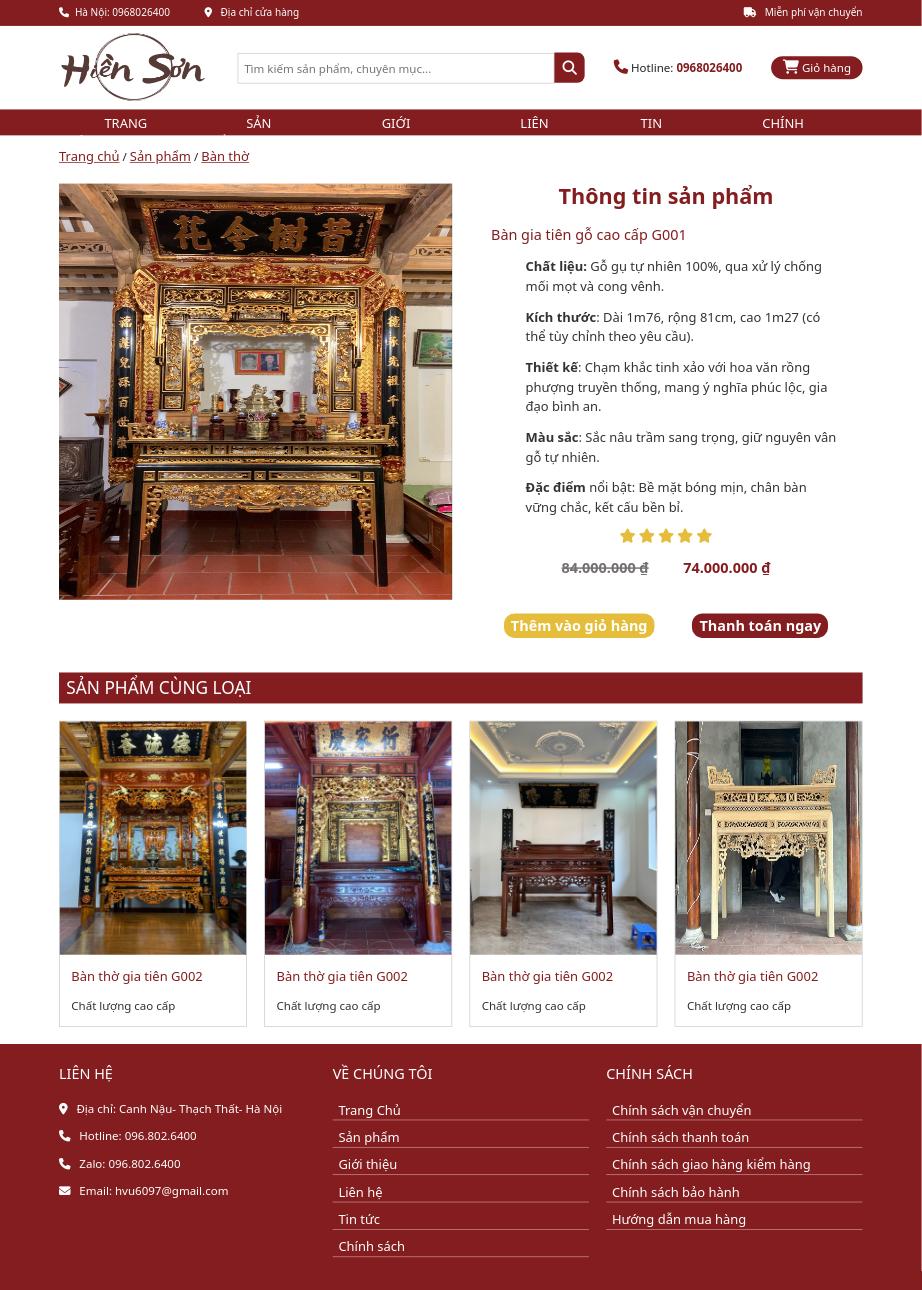
Repository: hoang28092000/do_go_hien_son
Page: product_details/ban_tho-g003.html
The author's editor kept a copy of each file at every save. The page is drawn from the files as they stood at one save, then again after the next save.
The browser window is 1280 px wide. The pictures show the whole page, at 72% of full size.
Some web libraries are served in a nearby version.

Above is the page before, as saved 2024-08-10 22:04:38.

### product_details/ban_tho-g003.html
<!DOCTYPE html>
<html lang="en">
<head>
    <meta charset="UTF-8">
    <meta name="viewport" content="width=device-width, initial-scale=1.0">
    <link rel="stylesheet" href="../asset/style.css">
    <link rel="stylesheet" href="https://cdnjs.cloudflare.com/ajax/libs/font-awesome/6.6.0/css/all.min.css" integrity="sha512-Kc323vGBEqzTmouAECnVceyQqyqdsSiqLQISBL29aUW4U/M7pSPA/gEUZQqv1cwx4OnYxTxve5UMg5GT6L4JJg==" crossorigin="anonymous" referrerpolicy="no-referrer" />
    <link href="https://cdn.jsdelivr.net/npm/bootstrap@5.3.3/dist/css/bootstrap.min.css" rel="stylesheet" integrity="sha384-QWTKZyjpPEjISv5WaRU9OFeRpok6YctnYmDr5pNlyT2bRjXh0JMhjY6hW+ALEwIH" crossorigin="anonymous">
    <title>Bàn thờ gia tiên G003</title>
</head>
<body>
    <div id="header">
        <div class="top_header">
            <div class="container">
                <div class=" d-flex align-items-center justify-content-between pt-1">
                    <div class="d-flex">
                        <p class="mb-0 me-5"><a href="" class="txt-th">
                            <i class="fa-solid fa-phone icon-th pe-2"></i>Hà Nội: 0968026400
                        </a></p>
                        <p class="mb-0"><a href="" class="txt-th">
                            <i class="fa-solid fa-location-dot icon-th pe-2"></i>
                        Địa chỉ cửa hàng</a></p>
                    </div>
                    <p class="mb-0"><a href="" class="txt-th">
                        <i class="fa-solid fa-truck icon-th pe-2"></i>
                    Miễn phí vận chuyển</a></p>
                </div>
            </div>
        </div>
    </div>

        <div class="main_header py-2">
            <div class="container">
                <ul class="d-flex justify-content-between align-items-center ps-0 mb-0">
                    <li class="logo-hs">
                        <a href="../index.html"><img src="../asset/image/logo_1.png" class="logo-hd" alt=""></a>
                    </li>
                    <li class="search-hd">
                        <input type="text" class="input-search-hd" placeholder="Tìm kiếm sản phẩm, chuyên mục..."><i class="fa-solid fa-magnifying-glass icon-search_hd"></i>
                    </li>

                    <li class="contact-hd">
                        <i class="fa-solid fa-phone icon-hd "></i>
                        <span class="txt-hd">Hotline: <b style="color: #831d1f;">0968026400</b></span>
                    </li>

                    <li class="cart-hd">
                        <p class="mb-0 cart-list py-1 px-3">
                            <i class="fa-solid fa-cart-shopping icon-cart"></i><span class="txt-cart"> Giỏ hàng</span>
                        </p>
                    </li>
                </ul>
            </div>
        </div>

        <div class="bottom_header">
            <div class="container">
                <ul class="links d-flex justify-content-center align-items-center mb-0 ps-0">
                    <li class="link "><a href="../index.html" class="txt-link">TRANG CHỦ</a></li>
                    <li class="link"><a href="../website/product.html" class="txt-link">SẢN PHẨM</a></li>
                    <li class="link"><a href="../website/about-us.html" class="txt-link">GIỚI THIỆU</a></li>
                    <li class="link"><a href="../website/contact.html" class="txt-link">LIÊN HỆ</a></li>
                    <li class="link"><a href="../website/news.html" class="txt-link">TIN TỨC</a></li>
                    <li class="link"><a href="../website/policy.html" class="txt-link">CHÍNH SÁCH</a></li>
                 </ul>
            </div>
        </div>
    </div>
    <div class="main-product_details">
        <div class="container">
            <div class="links-product_details pt-3 pb-4">
                <a href="../index.html" class="link-pd">Trang chủ</a>
                <span class="slash"> /</span>
                <a href="../website/product.html" class="link-pd">Sản phẩm</a>
                <span class="slash"> /</span>
                <a href="../website/product.html" class="link-pd">Bàn thờ</a>
            </div>

            <div class="card-p_details">
                <div class="row">
                    <div class="col-lg-6">
                        <img src="../asset/image/anhn1.jfif" alt="" class="img-p_details w-100">
                    </div>
                    <div class="col-lg-6">
                        <div class="info-p_details">
                            <h3 class="name-p_details">
                                Thông tin sản phẩm
                            </h3>

                            <div class="desc-info-pd">
                                <p class="heading-pd">
                                    Bàn gia tiên gỗ cao cấp G001
                                </p>
                                <p class="txt-pd ps-5">
                                    <b>Chất liệu:</b> Gỗ gụ tự nhiên 100%, qua xử lý chống mối mọt và cong vênh.
                                </p>
                                <p class="txt-pd ps-5">
                                    <b>Kích thước</b>: Dài 1m76, rộng 81cm, cao 1m27 (có thể tùy chỉnh theo yêu cầu).
                                </p>
                                <p class="txt-pd ps-5">
                                    <b>Thiết kế</b>: Chạm khắc tinh xảo với hoa văn rồng phượng truyền thống, mang ý nghĩa phúc lộc, gia đạo bình an.
                                </p>
                                <p class="txt-pd ps-5">
                                    <b>Màu sắc</b>: Sắc nâu trầm sang trọng, giữ nguyên vân gỗ tự nhiên.
                                </p>
                                <p class="txt-pd ps-5">
                                    <b>Đặc điểm</b> nổi bật: Bề mặt bóng mịn, chân bàn vững chắc, kết cấu bền bỉ.
                                </p>
                                <div class="evaluate ">
                                    <i class="fa-solid fa-star icon-star"></i>
                                    <i class="fa-solid fa-star icon-star"></i>
                                    <i class="fa-solid fa-star icon-star"></i>
                                    <i class="fa-solid fa-star icon-star"></i>
                                    <i class="fa-solid fa-star icon-star"></i>

                                </div>
                                <div class="prices-pd d-flex justify-content-center my-3">
                                    <p class="price-pd mb-0">84.000.000 ₫</p>
                                    <p class="price_sold_out mb-0 ps-5">74.000.000 ₫</p>
                                </div>
                                <div class="pay text-center mt-5" >
                                    <button class="add_cart me-5">Thêm vào giỏ hàng</button>
                                    <button class="buy">Thanh toán ngay</button>
                                </div>
                        </div>
                    </div>
                </div>
            </div>
            <h3 class="title-pd mt-5">
                SẢN PHẨM CÙNG LOẠI
            </h3>
            <div class="pd-relate my-4">
                <div class="row">
                    <div class="col-lg-3">
                        <a href="" class="a-link_pd">
                            <div class="card-pd">
                                <img src="../asset/image/anhn3.jfif" alt="this is picture" class="w-100 img-relate">
                                <p class="name-product_r mt-3 px-3">Bàn thờ gia tiên G002</p>
                                <p class="info-pd_r px-3">Chất lượng cao cấp</p>
                            </div>
                        </a>
                    </div>
                    <div class="col-lg-3">
                        <a href="" class="a-link_pd">
                            <div class="card-pd">
                                <img src="../asset/image/anhn4.jfif" alt="this is picture" class="w-100 img-relate">
                                <p class="name-product_r mt-3 px-3">Bàn thờ gia tiên G002</p>
                                <p class="info-pd_r px-3">Chất lượng cao cấp</p>
                            </div>
                        </a>
                    </div>
                    <div class="col-lg-3">
                        <a href="" class="a-link_pd">
                            <div class="card-pd">
                                <img src="../asset/image/anhn5.jfif" alt="this is picture" class="w-100 img-relate">
                                <p class="name-product_r mt-3 px-3">Bàn thờ gia tiên G002</p>
                                <p class="info-pd_r px-3">Chất lượng cao cấp</p>
                            </div>
                        </a>
                    </div>
                    <div class="col-lg-3">
                        <a href="" class="a-link_pd">
                            <div class="card-pd">
                                <img src="../asset/image/anhn7.jfif" alt="this is picture" class="w-100 img-relate">
                                <p class="name-product_r mt-3 px-3">Bàn thờ gia tiên G002</p>
                                <p class="info-pd_r px-3">Chất lượng cao cấp</p>
                            </div>
                        </a>
                    </div>
                </div>
            </div>
        </div>
    </div>


    <div id="footer" class="mt-3">
        <div class="container">
            <div class="row">
                <div class="col-lg-4">
                    <h4 class="title-ft">LIÊN HỆ</h4>
                    <ul class="list-info">
                        <li>
                            <i class="fa-solid fa-location-dot icon-ft pe-2"></i>
                            <span class="txt-ft">Địa chỉ: Canh Nậu- Thạch Thất- Hà Nội</span>
                        </li>
                        <li>
                            <i class="fa-solid fa-phone icon-ft pe-2"></i>
                            <span class="txt-ft">Hotline: 096.802.6400</span>
                        </li>
                        <li>
                            <i class="fa-solid fa-phone icon-ft pe-2"></i>
                            <span class="txt-ft">Zalo: 096.802.6400    </span>
                        </li>
                        <li>
                            <i class="fa-solid fa-envelope icon-ft pe-2"></i>
                           <span class="txt-ft">Email: hvu6097@gmail.com</span>
                        </li>
                    </ul>
                </div>
                <div class="col-lg-4">
                    <h4 class="title-ft">
                        VỀ CHÚNG TÔI
                    </h4>
                    <ul class="list-links ps-0">
                        <li class="item-link"><a href="../index.html" class="link-ft">Trang Chủ </a></li>
                        <li class="item-link"><a href="../website/product.html" class="link-ft">Sản phẩm</a></li>
                        <li class="item-link"><a href="../website/about-us.html" class="link-ft">Giới thiệu</a></li>
                        <li class="item-link"><a href="../website/contact.html" class="link-ft">Liên hệ</a></li>
                        <li class="item-link"><a href="../website/news.html" class="link-ft">Tin tức</a></li>
                        <li class="item-link"><a href="../website/policy.html" class="link-ft">Chính sách</a></li>
                    </ul>
                </div>
                <div class="col-lg-4">
                    <h4 class="title-ft">
                       CHÍNH SÁCH
                    </h4>
                    <ul class="list-links ps-0">
                        <li class="item-link"><a href="../website/policy.html" class="link-ft">Chính sách vận chuyển </a></li>
                        <li class="item-link"><a href="../website/policy.html" class="link-ft">Chính sách thanh toán</a></li>
                        <li class="item-link"><a href="../website/policy.html" class="link-ft">Chính sách giao hàng kiểm hàng</a></li>
                        <li class="item-link"><a href="../website/policy.html" class="link-ft">Chính sách bảo hành</a></li>
                        <li class="item-link"><a href="../website/policy.html" class="link-ft">Hướng dẫn mua hàng</a></li>
                    </ul>
                </div>

            </div>
        </div>
    </div>
</body>
</html>

### asset/style.css
*{
    padding: 0px;
    margin: 0px ;
    box-sizing: border-box;
    list-style: none;
}

.top_header{
    height: 36px;
    background-color: #831d1f;
}

.top_header .txt-th{
    color: #fff;
    font-size: 14px;
    text-decoration: none;
    font-weight: 500;
}

.top_header .icon-th{
    color: #fff;
}
.top_header .txt-th:hover,
.top_header .icon-th:hover{
    opacity: 0.7;
}

.main_header .logo-hd{
    height: 100px;
    width: 208px;
}
.main_header .input-search-hd{
    font-size: 16px;
    color: #333;
    padding-left: 8px;
    width: 440px;
    height: 42px;
    border: 1px solid #ccc;
    outline: none;
}
.main_header .icon-search_hd{
    font-size: 20px;
    background-color: #831d1f;
    padding: 11px;
    color: #fff;
    border-radius: 0 10px 10px 0;
}
.main_header .icon-search_hd:hover{
    opacity: 0.7;
    cursor: pointer;
}
.main_header .contact-hd .icon-hd{
    font-size: 20px;
    color: #831d1f;
}
.cart-hd .cart-list{
    background-color: #831d1f;
    border-radius: 16px;
}
.cart-hd .txt-cart{
    font-size: 16px;
    font-weight: 500;
    color: #fff;
}
.cart-hd .icon-cart{
    font-size: 20px;
    color: #fff;
}
.cart-hd .cart-list:hover{
    opacity: 0.7;
    cursor: pointer;
}

.bottom_header{
    height: 36px;
    background-color: #831d1f;
}
.bottom_header .links{
    list-style: none;
    padding-top: 6px;
}

.links .txt-link{
    text-decoration: none;
    font-size: 18px;
    font-weight: 500;
    color: #fff;
    padding: 7px 63px 5px;
}
/* .links .txt-link:first-child{
    padding-left:0 ;

}
.links .txt-link:last-child{
    padding-right:0 ;
} */
.links .txt-link:hover{
    cursor: pointer;
    background-color: #bd7071;
}


/* Main*/
#main{
    padding: 20px 0;
}

.left-main .product_portfolio .txt_portfolio{
    font-size: 18px;
    font-weight: 600;
    padding: 4px 10px 4px 0;
    text-align: center;
    background-color: #831d1f;
    color: #fff;
}

.left-main .list_portfolio .items-product{
    border-bottom: 1px solid #ccc;
    padding: 10px 0 4px;
}

.left-main .list_portfolio .items-product:hover{
    background-color: #bd7071;
    color: #fff;
    cursor: pointer;
}
.left-main .list_portfolio .items-product:hover .txt-porduct {
    color: #fff;
}

.left-main .list_portfolio .txt-porduct{
    font-size: 18px;
    color: #333;
    text-decoration: none;
    padding-left: 4px;
    font-weight: 500;
}

/* right-main */

.right-main .first_news .txt-title{
    font-size: 32px;
    font-weight: 600;
    color: #fff;
    background-color: #831d1f;
    padding-left: 10px;

}
.right-main .first_news .hr-title{
    height: 3px;
    background-color: rgb(83, 19, 19);
}
.right-main .first_news .img-rm{
    height: 700px;
}

.right-main .first_news .title-news{
    font-size: 24px;
    font-weight: 500;
    color: #333;

}
.right-main .first_news .txt-bnews{
    font-size: 22px;
    font-weight: 500;
    color: #333;
}
.right-main .first_news .txt-news{
    font-size: 18px;
    color: 16px;
    padding-left: 40px;
    font-weight: 400;
}

.right-main .first_news  .btxt-news{
    font-size: 20px;
    font-weight: 400;
    color: #333;
    padding-left: 20px;
}


/* Main product */
#main .product .img-product{
    height: 412px;
}
#main .product{
    box-shadow: 0px 0px 5px 4px #ccc;
    padding-bottom: 20px;
}
.link-product{
    text-decoration: none;

}
.product .name-product{
    font-size: 18px;
    color: #333;
    font-weight: 500;
    text-align: center;

}
.product .sold-out{
    font-size: 16px;
    color: #757070;
    text-align: center;
}
.product .price-pr{
    font-size: 18px;
    font-weight: 500;
    color: #757070;
    text-decoration: line-through;
}
.product .price-promotion{
    font-size: 18px;
    font-weight: 500;
    color: #fff;
    background-color: #831d1f;
    border-radius: 20px;
    text-align: center;
    padding: 4px 10px;
}
.product .icon_cart-product{
    font-size: 20px;
    color: #831d1f;
    margin-left: 10px;
}

#main .relate_news .title_relate{
    font-size: 24px;
    color: #fff;
    background-color: #831d1f;
    padding: 8px 0 8px 8px;
}
.relate_news .link-relate{
    text-decoration: none;
}
.relate_news .card-relate{
    padding-bottom: 20px;
    box-shadow: 0px 0px 5px 4px #ccc;
}
.card-relate .img-relate{
    height: 229px;
}
.card-relate .info_relate{
    padding: 20px 20px 0 20px;
}
.card-relate .info_relate .h-relate{
    font: size 18px;
    color: #333;
    font-weight: 500;
}
.card-relate .info_relate .desc-relate{
    font-size: 16px;
    font-weight: 400;
    color: #333;
}




/* main about-us */
.main_about-us .title-as{
    font-size: 30px;
    font-weight: 600;
    color: #831d1f;
    text-align: center;
}
.main_about-us .hr-as{
    width: 200px;
    height: 4px;
    background-color: #831d1f;
    margin: 0 auto;
}
.main_about-us .heading-txt{
    font-size: 20px;
    font-weight: 500;
    color: #333;
}

.main_about-us .desc-as{
    font-size: 18px;
    color: #333;
    line-height: 1.8;
}


/* main contact */

.main-contact .title-contact{
    font-size: 30px;
    font-weight: 600;
    color: #831d1f;
    text-align: center;
}

.main-contact .my-info{
    box-shadow: 0px 0px 5px 4px #ccc;
    padding:  20px ;
    height: 437px;
}
.main-contact .my-info .logo-info{
    width: 100px;
    height: 100px;
    border: 2px double #831d1f;

}
.main-contact .my-info .icon-contact{
    font-size: 20px;
    color: #831d1f;
}

.main-contact .my-info .your-info{
    font-size: 22px;
    font-weight: 500;
    color: #831d1f;
    text-align: center;
}
.main-contact .my-info .txt-yi{
    font-size: 18px;
    color: #333;
    font-weight: 500;
}

.main-contact .my-info .input-yi{
    width: 100%;
    outline: none;
    border: 1px solid #ccc;
    padding : 4px 0 4px 6px;
}
.main-contact .text-contact{
    font-size: 18px;
    color: #831d1f;
    font-weight: 500;
    text-align: center;
}
.main-contact .btn-submit{
    border-radius: 10px;
    background-color: #831d1f;
    color: #fff;
    padding: 6px 30px;
    font-size: 18px;
}


/* main-news*/
.main-news .title-news{
    font-size: 24px;
    font-weight: 500;
    color: #831d1f;
    border-bottom: 5px solid #831d1f;
}
.main-news .img-news{
    height: 205px;
}

.main-news .link-news{
    text-decoration: none;
}

.main-news .card-news{
    height: 373px;
    border: 1px solid #ccc;
}

.main-news .link-news .info-news{
    padding: 0 8px;
}

.main-news .link-news .heading-news{
    font-size: 18px;
    font-weight: 500;
    color: #333;
    padding-top: 16px;
    margin-bottom: 0;
}
.main-news .link-news .desc-news{
    font-size: 16px;
    font-weight: 400;
    color: #333;
    margin-top: 4px;
    margin-bottom: 0;
}
.main-news .link-news .time-up{
    font-size: 12px;
    color: #757070;
    font-style: italic;
    padding: 10px 0 20px;
    float: right ;
}

/*main policy  */
.main-policy .title-policy{
    font: 30px;
    color: #831d1f;
    font-weight: 700;
    text-align: center;
    padding-top: 40px;
}
.main-policy .hr-policy{
    width: 200px;
    height: 4px;
    background-color: #831d1f;
    margin: 0 auto;
}
.main-policy .info-policy{
    margin-bottom: 32px;
}

.main-policy .heading-policy{
    font-size: 20px;
    color: #333;
    font-weight: 500;
}

.main-policy .txt-policy{
    padding-left: 20px;
}


/* main thiết kế phòng thờ hợp phong thủy */
.main-design_news .title-ds_news{
    font-size: 30px;
    font-weight: 700;
    color: #831d1f;
    margin-top: 30px;
    text-align: center;
}
.main-design_news .desc-news{
    font-size: 20px;
    color: #333;
    font-weight: 400;
    line-height: 1.7;
}
.main-design_news .img-news{
    height: 400px;
    width: 45%;
    padding: 10px 20px;
}
.main-design_news .desc-img{
    font-size: 16px;
    color: #423e3e;
    font-style: italic;
    text-align: center;
    padding-top: 20px;
}
.main-design_news .title_desc-news{
    font-size: 24px;
    font-weight: 600;
}


/* main- san pham chi tiet */

.main-product_details .links-product_details .link-pd{
    color: #831d1f;
    font-size: 18px;
    font-weight: 400;

}
.main-product_details .img-p_details{
    height: 578px;
}
.main-product_details .info-p_details{
    padding: 0 30px;

}
.main-product_details .info-p_details .name-p_details{
    font-size: 30px;
    color: #831d1f;
    font-weight: 600;
    text-align: center;
}
.info-p_details .desc-info-pd .heading-pd{
    font-size: 20px;
    color: #831d1f;
    font-weight: 500;
    margin-top: 20px;
}
.desc-info-pd .txt-pd{
    font-size: 18px;
    color: #333;
    font-weight: 400;
}
.desc-info-pd .evaluate{
    text-align: center;
}
.desc-info-pd .icon-star{
    font-size: 20px;
    color: #e6bd3a;
    margin: 0 auto;
}
.desc-info-pd .price-pd{
    font-size: 20px;
    color: #757070;
    font-weight: 600;
    text-decoration: line-through;
}
.desc-info-pd .price_sold_out{
    font-size: 20px;
    color: #831d1f;
    font-weight: 600;
    border-radius: 15px;
}
.desc-info-pd .pay .add_cart{
    font-size: 20px;
    color: #fff;
    font-weight: 600;
    background-color: #e6bd3a;
    border: none;
    border-radius: 15px;
    padding: 2px 10px;
}
.desc-info-pd .pay .buy{
    font-size: 20px;
    color: #fff;
    font-weight: 600;
    background-color: #831d1f;
    border: none;
    border-radius: 15px;
    padding: 2px 10px;
}
 .main-product_details .title-pd{
    font-size: 24px;
    color: #fff;
    background: #831d1f;
    padding: 7px 0 7px 10px;

 }
 .main-product_details  .hr-pd{
    background-color: #831d1f;
    height: 4px;
 }
.main-product_details .a-link_pd{
    text-decoration: none;
}
 .main-product_details .card-pd{
    border: 1px solid #ccc;

 }
 .main-product_details .card-pd .img-relate{
    height: 324px
 }
 .main-product_details .a-link_pd .card-pd .name-product_r{
    font-size: 18px;
    color: #831d1f;
    font-weight: 500;
 }
 .main-product_details .a-link_pd .card-pd .info-pd_r{
    font-size: 16px;
    color: #333;
    font-weight: 400;
 }





/* footer */
#footer{
    background-color: #831d1f;
    padding: 30px 0;
}
#footer .title-ft{
    font-size: 20px;
    font-weight: 500;
    color: #fff;
    margin-bottom: 24px;
}
#footer .list-info{
    padding-left: 0;
}
#footer .txt-ft ,
.icon-ft{
    color: #fff;
    font-size: 16px;
    font-weight: 400;
    padding-bottom: 18px;
}
#footer .list-links .link-ft{
    font-size: 18px;
    color: #fff;
    font-weight: 400;
    text-decoration: none;
    padding-left: 8px;
}
#footer .list-links .item-link{
    border-bottom: 1px solid #cc8b8b;
    margin-bottom: 10px;
}
#footer .list-links .item-link:hover{
    background-color: #bd7071;
    cursor: pointer;

}

After the next save:
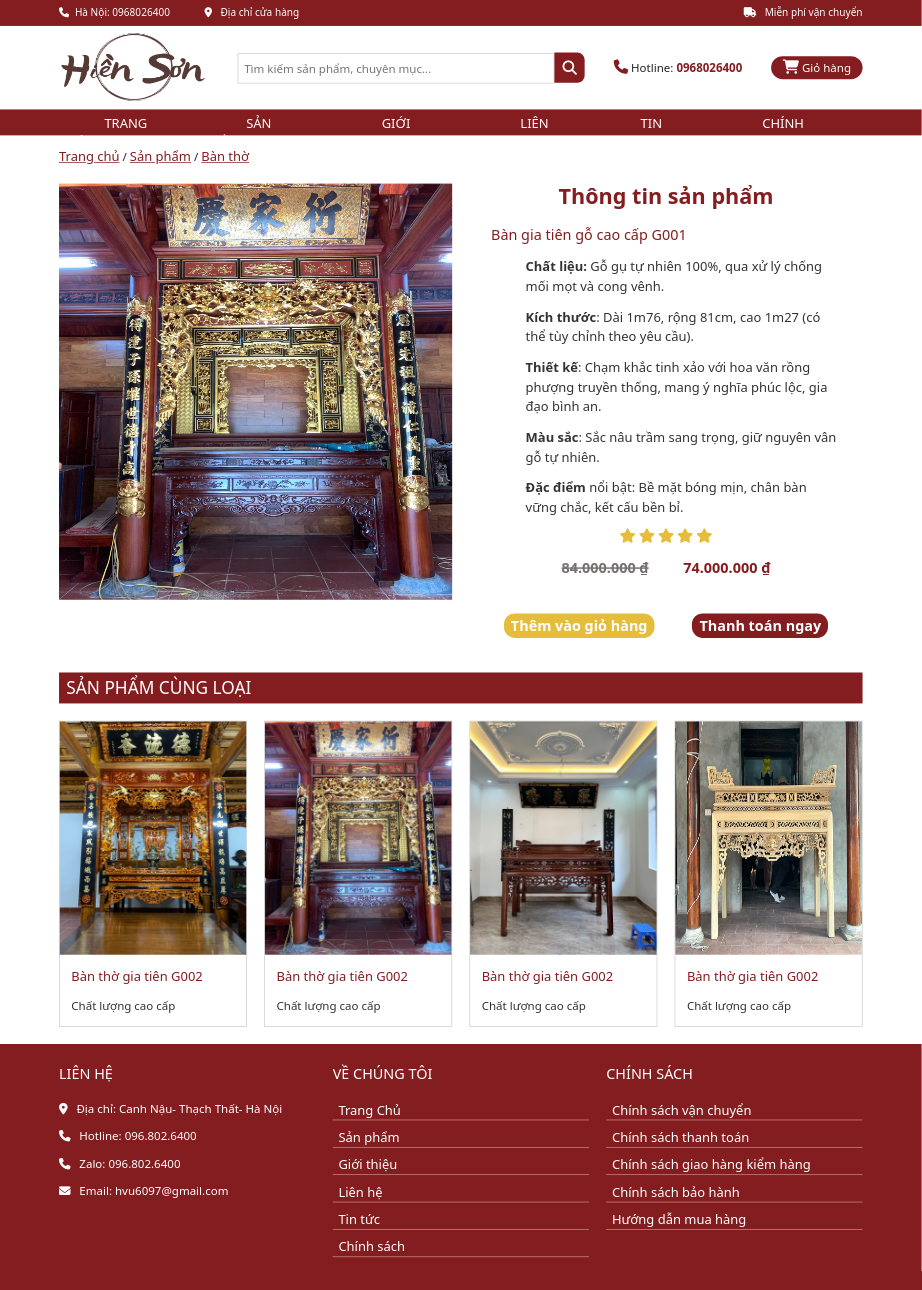
Saved 13 s later.
--- a/product_details/ban_tho-g003.html
+++ b/product_details/ban_tho-g003.html
@@ -79,7 +79,7 @@
             <div class="card-p_details">
                 <div class="row">
                     <div class="col-lg-6">
-                        <img src="../asset/image/anhn1.jfif" alt="" class="img-p_details w-100">
+                        <img src="../asset/image/anhn4.jfif" alt="" class="img-p_details w-100">
                     </div>
                     <div class="col-lg-6">
                         <div class="info-p_details">
